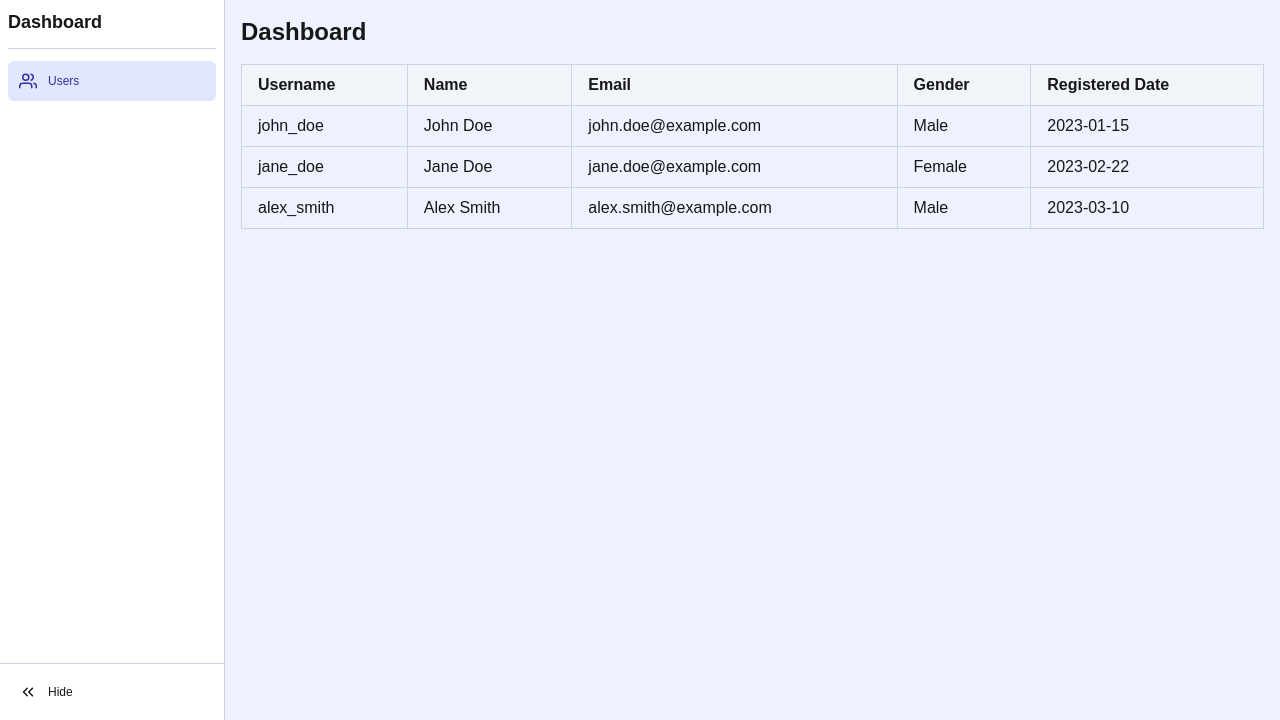
Repository: Ademaulana100499/userdashboard
Page: /
An editor plug-in stored every save of this project. The page is shown before and after the next save, followed by the edit.
The browser window is 1280 px wide. The pictures show the whole page.
The project was rebuilt for these pictures with package versions that can differ from the ones it lists, and the page was loaded fresh each time. The framework's server and built-in components were replaced by stand-ins that run in the browser. Also part of the build but not shown: next.config.mjs.

Above is the page before, as saved 2025-02-14 18:35:08.

After the next save:
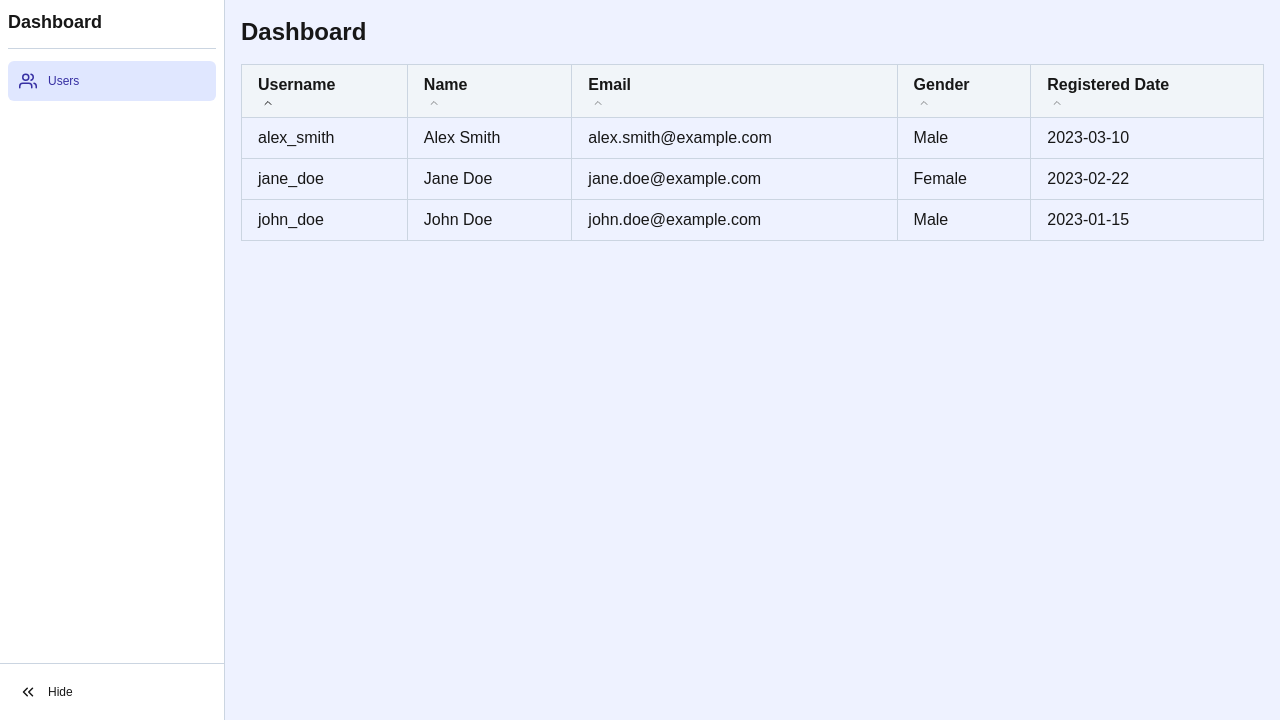
Saved 112 s later.
--- a/src/components/DashboardContent.jsx
+++ b/src/components/DashboardContent.jsx
@@ -1,10 +1,12 @@
 import { FiChevronUp, FiChevronDown } from "react-icons/fi";
 import { useState } from "react";
+
 const DashboardContent = () => {
   const [sortConfig, setSortConfig] = useState({
     key: "username",
     direction: "asc",
   });
+
   const data = [
     {
       username: "john_doe",
@@ -28,6 +30,7 @@ const DashboardContent = () => {
       registeredDate: "2023-03-10",
     },
   ];
+
   const sortedData = [...data].sort((a, b) => {
     if (sortConfig.key) {
       const aValue = a[sortConfig.key];
@@ -47,6 +50,7 @@ const DashboardContent = () => {
     }
     setSortConfig({ key, direction });
   };
+
   const getArrowIcon = (column) => {
     if (sortConfig.key === column) {
       return sortConfig.direction === "asc" ? (
@@ -64,25 +68,35 @@ const DashboardContent = () => {
       <table className="min-w-full table-auto border-collapse border border-slate-300">
         <thead>
           <tr className="bg-slate-100">
-            <th className="border border-slate-300 px-4 py-2 text-left">
-              Username
+            <th
+              className="border border-slate-300 px-4 py-2 text-left cursor-pointer"
+              onClick={() => requestSort("username")}>
+              Username {getArrowIcon("username")}
             </th>
-            <th className="border border-slate-300 px-4 py-2 text-left">
-              Name
+            <th
+              className="border border-slate-300 px-4 py-2 text-left cursor-pointer"
+              onClick={() => requestSort("name")}>
+              Name {getArrowIcon("name")}
             </th>
-            <th className="border border-slate-300 px-4 py-2 text-left">
-              Email
+            <th
+              className="border border-slate-300 px-4 py-2 text-left cursor-pointer"
+              onClick={() => requestSort("email")}>
+              Email {getArrowIcon("email")}
             </th>
-            <th className="border border-slate-300 px-4 py-2 text-left">
-              Gender
+            <th
+              className="border border-slate-300 px-4 py-2 text-left cursor-pointer"
+              onClick={() => requestSort("gender")}>
+              Gender {getArrowIcon("gender")}
             </th>
-            <th className="border border-slate-300 px-4 py-2 text-left">
-              Registered Date
+            <th
+              className="border border-slate-300 px-4 py-2 text-left cursor-pointer"
+              onClick={() => requestSort("registeredDate")}>
+              Registered Date {getArrowIcon("registeredDate")}
             </th>
           </tr>
         </thead>
         <tbody>
-          {data.map((user, index) => (
+          {sortedData.map((user, index) => (
             <tr key={index} className="hover:bg-slate-50">
               <td className="border border-slate-300 px-4 py-2">
                 {user.username}
